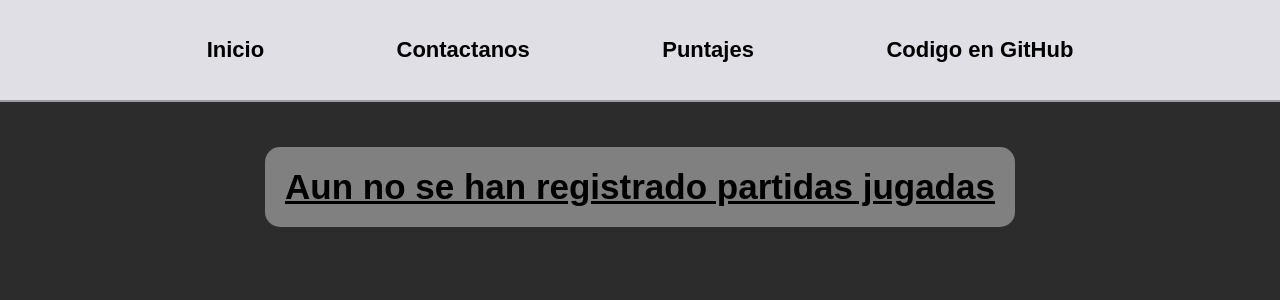
Repository: FacundoKinderknecht/FacundoKinderknecht_Wordle_Game_LPPA
Page: html/puntajes.html
These files come from the project's save history. The page is drawn as it stood at one moment and after the next save; the edit follows.
The browser window is 1280 px wide. The pictures show the whole page.

Above is the page before, as saved 2023-08-09 13:21:55.

### html/puntajes.html
<!DOCTYPE html>
<html lang="en">
    <head>
        <meta charset="UTF-8">
        <meta http-equiv="X-UA-Compatible" content="IE=edge">
        <meta name="viewport" content="width=device-width, initial-scale=1.0">

        <link rel="stylesheet" href="../css/reset.css">
        <link rel="stylesheet" href="../css/styles.css">
        <link rel="stylesheet" href="../css/puntajes.css">

        <script src="../js/puntajes.js"></script>

        <title>Puntajes</title>
    </head>
    <body>
        <header>
            <nav class="navbar">
                <a href="../index.html">Inicio</a>
                <a href="../html/email.html">Contactanos</a>
                <a href="../html/puntajes.html">Puntajes</a>
                <a href="https://github.com/FacundoKinderknecht/FacundoKinderknecht_Wordle_Game_LPPA" target="_blank">Codigo en GitHub</a>
            </nav>
        </header>
        <h2 class="hidden" id="title"></h2>
        <div class="table-container">
            <p class="hidden" id="loading-text">Cargando</p>
            <table id="table">
                <thead id="encabezado"></thead>
                <tbody id="contenido"></tbody>
            </table>
        </div>
    </body>
</html>

### css/reset.css
/* http://meyerweb.com/eric/tools/css/reset/
   v2.0 | 20110126
   License: none (public domain)
*/

html, body, div, span, applet, object, iframe,
h1, h2, h3, h4, h5, h6, p, blockquote, pre,
a, abbr, acronym, address, big, cite, code,
del, dfn, em, img, ins, kbd, q, s, samp,
small, strike, strong, sub, sup, tt, var,
b, u, i, center,
dl, dt, dd, ol, ul, li,
fieldset, form, label, legend,
table, caption, tbody, tfoot, thead, tr, th, td,
article, aside, canvas, details, embed,
figure, figcaption, footer, header, hgroup,
menu, nav, output, ruby, section, summary,
time, mark, audio, video {
	margin: 0;
	padding: 0;
	border: 0;
	font-size: 100%;
	font: inherit;
	vertical-align: baseline;
}

### css/styles.css
body{
    font-family: Arial, Helvetica, sans-serif;
    background-color: #000000d3;
    display:flex;
    align-items: center;
    flex-direction: column;
}

header{
    width: 100%;
    height: 100px;
    margin-bottom: 15px;
    display: flex;
    justify-content: justify-content;
    align-items: center;
    background-color: #f8f8ffdf;
    border-bottom: 2px solid #5757577d;
}

header nav{
    display:flexbox;
    justify-content: justify-content;
    align-items:center;
    text-align: center;
    width: 100%;
}

header nav a{
    text-decoration: none;
    align-items:center;
    font-weight: bold;
    font-size: 22px;
    color: black;
    margin: 5%;
}

.hidden {
    display:none;
}

### css/puntajes.css
.table-container{
    margin: auto;
    margin-top: 15px;
    width: 950px;
    display:flex;
    flex-direction: column;
    align-items: center;
}

h2{
    background-color: grey;
    padding: 20px;
    border-radius: 15px;
    color:black;
    text-decoration-line:underline;
    font-size: 35px;
    font-weight: 700;
    margin: auto;
    margin-top: 30px;
}

table{
    text-align: left;
    background-color: #d3d3d3f5;
    border-collapse: collapse;
    width: 100%;
    margin-top: 20px;
}

th,td{
    padding: 10px;
    border: solid 1px #000000;
}

thead{
    font-weight: 700;
    background-color: #000000;
    border-bottom: solid 5px #000000;
    color:#ffffff;
}

tr:nth-child(even){
    background-color: #b9b8b8;
}

tr:hover td{
    background-color: #ffffff;
    color:var(--celesteClaro);
    cursor:pointer;
}

#text{
    color:var(--blanco);
    font-size: 25px;
    font-weight: 700;
    margin-top: 25px;
}

### js/puntajes.js
function getElements() {
    lblLoading = document.getElementById("loading-text")
    title = document.getElementById("title")
    if (localStorage.finishedGames == null) {
        finishedGames = null
    } else {
        finishedGames = JSON.parse(localStorage.finishedGames)
    }
}

window.onload = () => {
    getElements()

    setTimeout(fillTable, 500)
}

//crea la tabla y la llena con la informacion del local storage
function fillTable() {
    if (finishedGames == null) {
        title.classList.toggle("hidden",false)
        title.innerHTML = "Aun no se han registrado partidas jugadas"
    } else {
    lblLoading.classList.toggle("hidden",true)
    title.classList.toggle("hidden",true)
    let head = `
    <tr><th>Nombre</th>
    <th>Palabra</th>
    <th>Fecha</th>
    <th>Tiempo</th>
    <th>Cantidad de intentos</th></tr>`;
    let body = "";
    for (let i = 0; i < finishedGames.length; i++) {
        body += `
        <tr><td>${finishedGames[i].user}</td>
        <td>${finishedGames[i].rightGuessString.toUpperCase()}</td>
        <td>${finishedGames[i].hour}</td>
        <td>${finishedGames[i].mins.toString().padStart(2,"0")}:${finishedGames[i].secs.toString().padStart(2,"0")}</td>
        <td>${finishedGames[i].numberOfAttempts}</td></tr>`;
    }
    document.getElementById("encabezado").innerHTML = head;
    document.getElementById("contenido").innerHTML = body;
    }
}

After the next save:
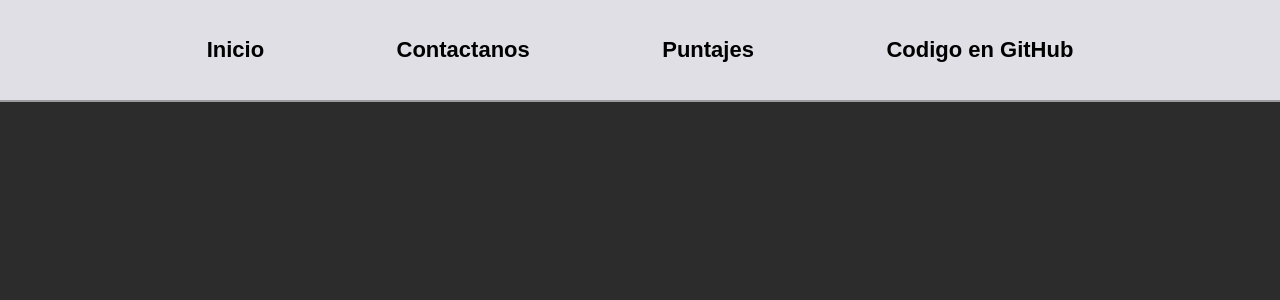
Console error: ReferenceError: lblLoading is not defined
Saved 10 s later.
--- a/js/puntajes.js
+++ b/js/puntajes.js
@@ -1,3 +1,4 @@
+"use strict";
 function getElements() {
     lblLoading = document.getElementById("loading-text")
     title = document.getElementById("title")

After the save that followed:
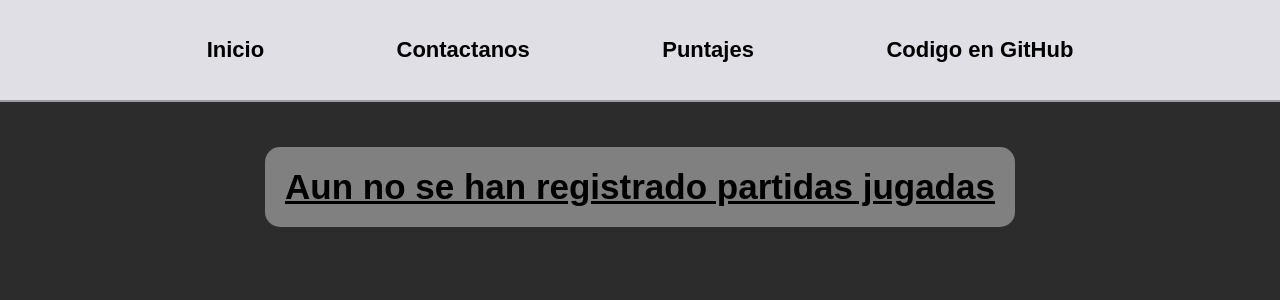
The error is gone.
Saved 15 s later.
--- a/js/puntajes.js
+++ b/js/puntajes.js
@@ -1,4 +1,4 @@
-"use strict";
+
 function getElements() {
     lblLoading = document.getElementById("loading-text")
     title = document.getElementById("title")
